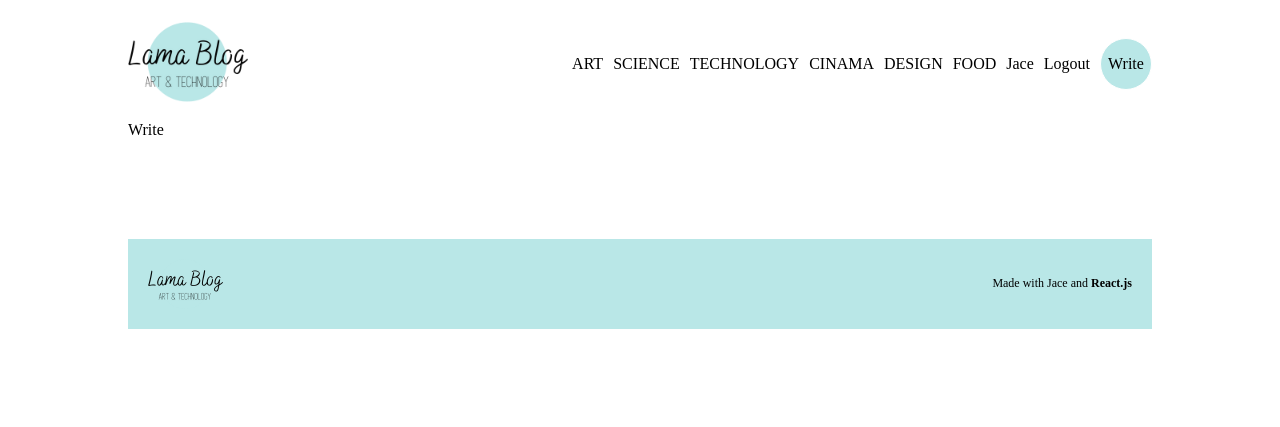
Repository: Jace9999/V-Blog
Page: /write (app in client/)
The author's editor kept a copy of each file at every save. The page is drawn from the files as they stood at one save, then again after a run of saves.
The browser window is 1280 px wide. The pictures show the whole page.
The project was rebuilt for these pictures with package versions that can differ from the ones it lists, and the page was loaded fresh each time. Also part of the build but not shown: client/vite.config.js, client/src/pages/Register.jsx, client/src/pages/Home.jsx, client/src/components/Menu.jsx, client/src/pages/Single.jsx, client/src/pages/Login.jsx.

Above is the page before, as saved 2023-08-04 02:38:48.

After the next 2 saves:
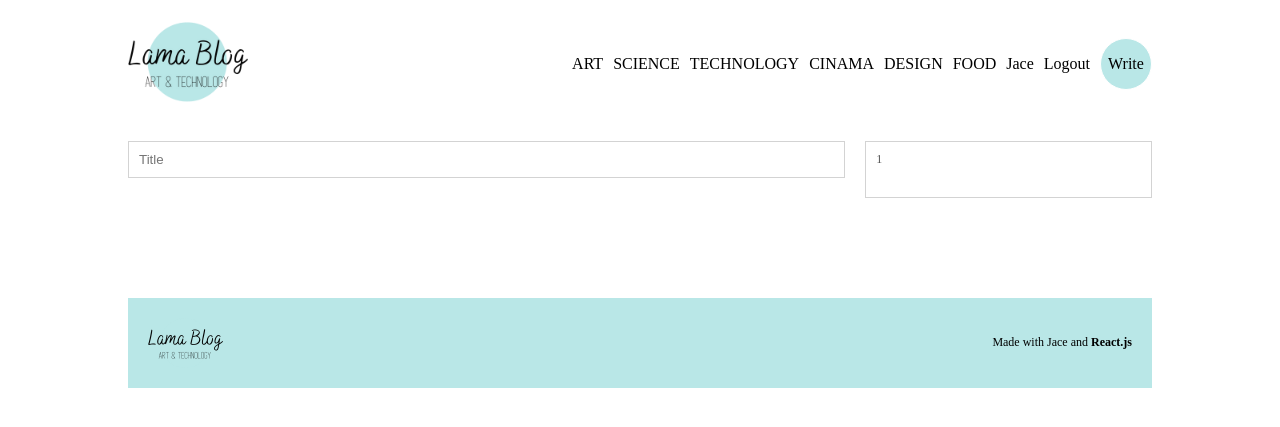
The 2 saves are shown as one change because 1 did not build or start.
The last was saved 6 min 21 s later.
--- a/client/src/pages/Write.jsx
+++ b/client/src/pages/Write.jsx
@@ -1,7 +1,19 @@
 import React from 'react'
+import ReactQuill from "react-quill"
+import 'react-quill/dist/quill.snow.css'
 
 export const Write = () => {
   return (
-    <div>Write</div>
+    <div className='add'>
+      <div className='content'>
+        <input type="text" placeholder='Title'/>
+        <div className="editContainer">
+
+        </div>
+      </div>
+      <div className='menu'>
+        <div className='item'>1</div>
+      </div>
+    </div>
   )
 }
